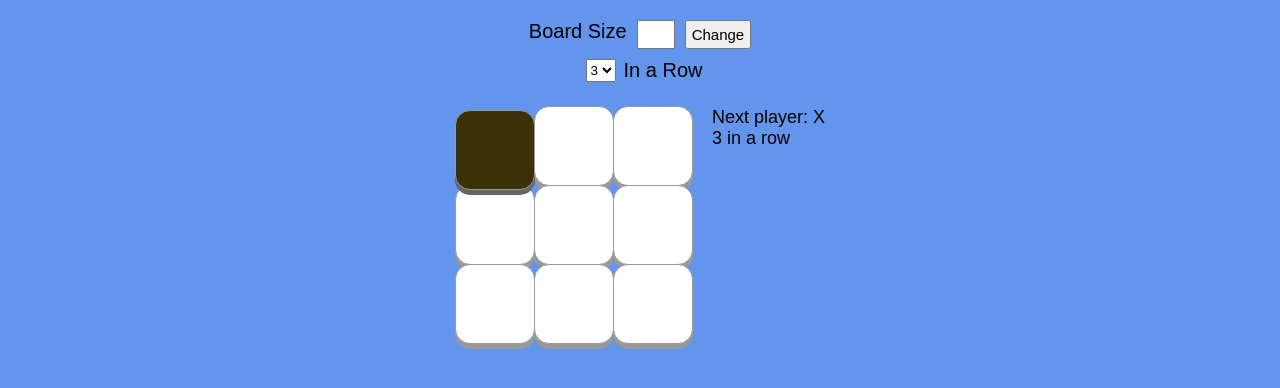
Repository: yshong211/tic-tac-toe-0708
Page: /
An editor plug-in stored every save of this project. The page is shown before and after the next save, followed by the edit.
The browser window is 1280 px wide. The pictures show the whole page.
The first visible `.square` is being pressed.
The project was rebuilt for these pictures with package versions that can differ from the ones it lists, and the page was loaded fresh each time.

Above is the page before, as saved 2020-07-09 10:12:39.

After the next save:
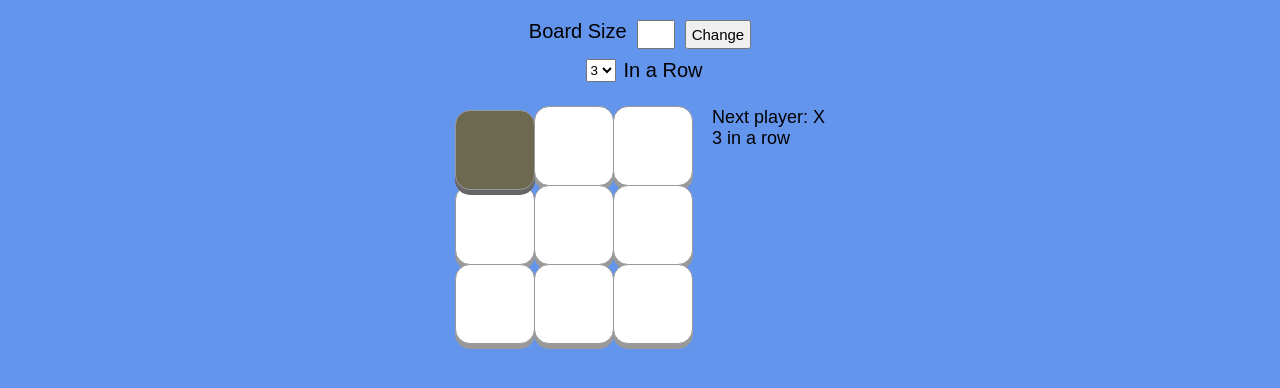
Saved 19 s later.
--- a/src/components/square/square.css
+++ b/src/components/square/square.css
@@ -21,7 +21,7 @@
   background-color: #e6e6fa;
 }
 .square:active {
-  background-color: #3b3209;
+  background-color: #6d6850;
   box-shadow: 0 5px #666;
   transform: translateY(4px);
 }
